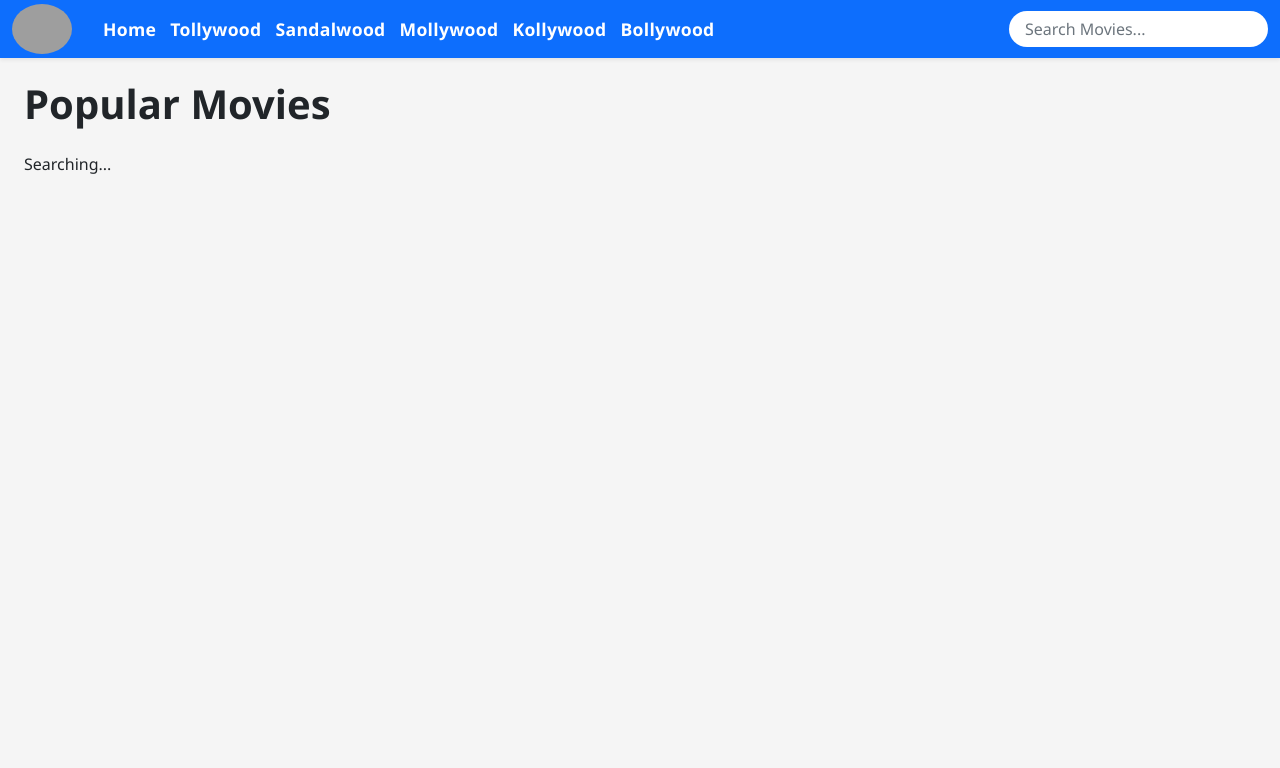
Repository: chandu7777158/Movies_spot
Page: /
An editor plug-in stored every save of this project. The page is shown before and after a run of saves, followed by the edit.
The browser window is 1280 px wide. The pictures show the whole page.
Pictures or frames that could not be fetched are drawn as grey boxes. The page's requests for data from a server got no answer. The project was rebuilt for these pictures with package versions that can differ from the ones it lists, and the page was loaded fresh each time. No one was signed in, and anything a server would have sent is missing. Also part of the build but not shown: vite.config.js, src/components/MovieCard.jsx.

Above is the page before, as saved 2026-01-28 11:08:30.

### index.html
<!doctype html>
<html lang="en">
  <head>
    <meta charset="UTF-8" />
    <link rel="icon" type="image/svg+xml" href="/vite.svg" />
    <meta name="viewport" content="width=device-width, initial-scale=1.0" />
    <title>movies_spot</title>
    <link rel="stylesheet" href="https://cdn.jsdelivr.net/npm/bootstrap-icons@1.11.0/font/bootstrap-icons.css">
    <link href="https://cdn.jsdelivr.net/npm/bootstrap@5.2.3/dist/css/bootstrap.min.css" rel="stylesheet" integrity="sha384-rbsA2VBKQhggwzxH7pPCaAqO46MgnOM80zW1RWuH61DGLwZJEdK2Kadq2F9CUG65" crossorigin="anonymous">

  </head>
  <body>
    <script src="https://cdn.jsdelivr.net/npm/bootstrap@5.2.3/dist/js/bootstrap.bundle.min.js" integrity="sha384-kenU1KFdBIe4zVF0s0G1M5b4hcpxyD9F7jL+jjXkk+Q2h455rYXK/7HAuoJl+0I4" crossorigin="anonymous"></script>
    <div id="root"></div>
    <script type="module" src="/src/main.jsx"></script>
  </body>
</html>

### src/index.css
/* Global Reset and Fix for Fixed Navbar */
body {
    background: whitesmoke;
    min-height: 100vh;
    margin: 0;
    /* This padding prevents content from hiding behind the navbar */

    font-family: 'Segoe UI', sans-serif;
}

/* Custom Highlight Effect for Nav Links */
.navbar-nav .nav-link {
    padding: 7px !important;
}

.nav-highlight {
    color: white !important;
    transition: all 0.3s ease;
}

.nav-highlight:hover {
    color:#f5e15d !important;

}

/* Make search bar look modern */
.form-control:focus {
    box-shadow: 0 0 10px rgba(255, 255, 255, 0.5);
    outline: none;
}

/* Fix for the Logo - making it prominent but low padding */
.nav-logo-img {
    width: 60px;
    height: 50px;
    object-fit: cover;
    margin: 0px 0;
}

/* Tighten up the Nav Links for a cleaner look */
.navbar-nav .nav-link {
    font-size: 1.1rem;
    letter-spacing: 0.3px;
    padding-top: 0.2rem;
    padding-bottom: 0.2rem;
}

/* Ensure the Mobile Toggler and Search Icon align perfectly */
.navbar-toggler:focus {
    box-shadow: none; /* Removes the ugly blue border on click */
}

/* Ensure posters look like real movie posters */
.movie-card img {
    /* Standard movie poster ratio is 2:3 */
    aspect-ratio: 2.3 / 3;
    max-width: 100%;
    border-radius: 8px 8px 8px 8px;
    transition: transform 0.3s ease;
}



.movie-card {
    box-shadow:  0 0 5px 5px  rgba(0, 0, 0, 0.04) !important;
    transition: box-shadow 0.3s ease;
    border-radius: 10px !important;
    cursor: pointer;
    padding-top: 2px;
}

.movie-card:hover {
    transform: scale(1.03);
    box-shadow:  0 0 5px 5px  rgba(0, 0, 0, 0.10) !important;
}

### src/App.jsx
import React from 'react';
import { BrowserRouter as Router, Routes, Route } from 'react-router-dom';
import Navbar from './components/Navbar';
import MoviePage from './pages/MoviePage';

function App() {
  return (
    <Router>
      <Navbar />
      <main className="mt-5 pt-4">
        <Routes>
          <Route path="/" element={<MoviePage category="popular" />} />
          <Route path="/tollywood" element={<MoviePage category="tollywood" />} />
          <Route path="/sandalwood" element={<MoviePage category="sandalwood" />} />
          <Route path="/mollywood" element={<MoviePage category="mollywood" />} />
          <Route path="/kollywood" element={<MoviePage category="kollywood" />} />
          <Route path="/bollywood" element={<MoviePage category="bollywood" />} />
          <Route path="/search/:query" element={<MoviePage category="search" />} />
        </Routes>
      </main>
    </Router>
  );
}

export default App;

### src/components/Navbar.jsx
import React, { useState } from 'react';
import { Link, useNavigate } from 'react-router-dom';

export default function Navbar() {
    const [searchTerm, setSearchTerm] = useState("");
    const navigate = useNavigate();

    const navItems = [
        { label: 'Home', path: '/' },
        { label: 'Tollywood', path: '/tollywood' },
        { label: 'Sandalwood', path: '/sandalwood' },
        { label: 'Mollywood', path: '/mollywood' },
        { label: 'Kollywood', path: '/kollywood' },
        { label: 'Bollywood', path: '/bollywood' },
    ];

    const handleSearch = (e) => {
        e.preventDefault();
        if (searchTerm.trim()) {
            navigate(`/search/${searchTerm}`);
            setSearchTerm(""); // Clear input after search
            // Close mobile menu if open
            const menu = document.getElementById('navbarNav');
            if (menu.classList.contains('show')) {
                menu.classList.remove('show');
            }
        }
    };

    return (
        <nav className="navbar navbar-expand-lg navbar-dark bg-primary shadow-sm fixed-top py-1">
            <div className="container-fluid d-flex align-items-center">
                <Link className="navbar-brand p-0" to="/">
                    <img
                        src="https://static.vecteezy.com/system/resources/previews/022/580/623/non_2x/movie-media-letter-logo-design-illustration-free-vector.jpg"
                        alt="Logo"
                        className="rounded-circle nav-logo-img"
                    />
                </Link>

                <div className="d-flex align-items-center ms-auto">
                    {/* Mobile Search Icon - Now triggers the toggle to show the search bar */}
                    <button
                        className="btn btn-link text-white d-lg-none p-2 me-1"
                        data-bs-toggle="collapse"
                        data-bs-target="#navbarNav"
                    >
                        <i className="bi bi-search fs-5"></i>
                    </button>
                    <button className="navbar-toggler border-0 p-2" data-bs-toggle="collapse" data-bs-target="#navbarNav">
                        <span className="navbar-toggler-icon"></span>
                    </button>
                </div>

                <div className="collapse navbar-collapse" id="navbarNav">
                    <ul className="navbar-nav ms-2 mb-2 mb-lg-0 text-center">
                        {navItems.map((item) => (
                            <li className="nav-item" key={item.label}>
                                <Link className="nav-link nav-highlight px-lg-3 fw-bold" to={item.path}>
                                    {item.label}
                                </Link>
                            </li>
                        ))}
                    </ul>

                    <div className="me-auto"></div>

                    {/* Unified Search Form (Visible in collapse on mobile, inline on desktop) */}
                    <form className="d-flex mt-2 mt-lg-0" onSubmit={handleSearch}>
                        <input
                            className="form-control rounded-pill border-0 ps-3"
                            type="search"
                            placeholder="Search Movies..."
                            value={searchTerm}
                            onChange={(e) => setSearchTerm(e.target.value)}
                        />
                    </form>
                </div>
            </div>
        </nav>
    );
}

### src/pages/MoviePage.jsx
import React, { useState, useEffect } from 'react';
import { useParams } from 'react-router-dom';
import { getMovies, searchMovies } from '../services/movieService';
import MovieCard from '../components/MovieCard';

const MoviePage = ({ category }) => {
    const [movies, setMovies] = useState([]);
    const [loading, setLoading] = useState(true);
    const { query } = useParams(); // Get search term from URL

    useEffect(() => {
        const loadMovies = async () => {
            setLoading(true);
            let data;
            if (category === 'search' && query) {
                data = await searchMovies(query);
            } else {
                data = await getMovies(category);
            }
            setMovies(data);
            setLoading(false);
        };
        loadMovies();
    }, [category, query]); // Re-run if category OR search query changes

    const displayTitle = category === 'search'
        ? `Results for "${query}"`
        : category === 'popular' ? 'Popular Movies' : `${category.charAt(0).toUpperCase() + category.slice(1)} Movies`;

    return (
        <div className="container-fluid px-4">
            <h1 className="mt-2 mb-4 fw-bold ">{displayTitle}</h1>
            <div className="row g-3">
                {loading ? (
                    <p>Searching...</p>
                ) : movies.length > 0 ? (
                    movies.map(movie => <MovieCard key={movie.id} movie={movie} />)
                ) : (
                    <div className="text-center mt-5">
                        <h3>No movies found for "{query}"</h3>
                    </div>
                )}
            </div>
        </div>
    );
};

export default MoviePage;

### src/services/movieService.js
const API_KEY = import.meta.env.VITE_TMDB_KEY;
const BASE_URL = 'https://api.themoviedb.org/3';

const languageCodes = {
    tollywood: 'te',
    bollywood: 'hi',
    kollywood: 'ta',
    mollywood: 'ml',
    sandalwood: 'kn'
};

export const getMovies = async (type) => {
    let url1 = "";
    let url2 = "";

    if (type === 'popular' || type === 'Home') {
        url1 = `${BASE_URL}/movie/popular?api_key=${API_KEY}&page=1`;
        url2 = `${BASE_URL}/movie/popular?api_key=${API_KEY}&page=2`;
    } else {
        const code = languageCodes[type.toLowerCase()];
        url1 = `${BASE_URL}/discover/movie?api_key=${API_KEY}&with_original_language=${code}&page=1`;
        url2 = `${BASE_URL}/discover/movie?api_key=${API_KEY}&with_original_language=${code}&page=2`;
    }

    const [res1, res2] = await Promise.all([fetch(url1), fetch(url2)]);
    const data1 = await res1.json();
    const data2 = await res2.json();

    return [...(data1.results || []), ...(data2.results || [])].slice(0,36);
};

export const searchMovies = async (query) => {
    const url = `${BASE_URL}/search/movie?api_key=${API_KEY}&query=${encodeURIComponent(query)}&page=1`;
    const response = await fetch(url);
    const data = await response.json();
    return data.results || [];
};

Loaded but not shown: src/main.jsx (common file)

After the next 5 saves:
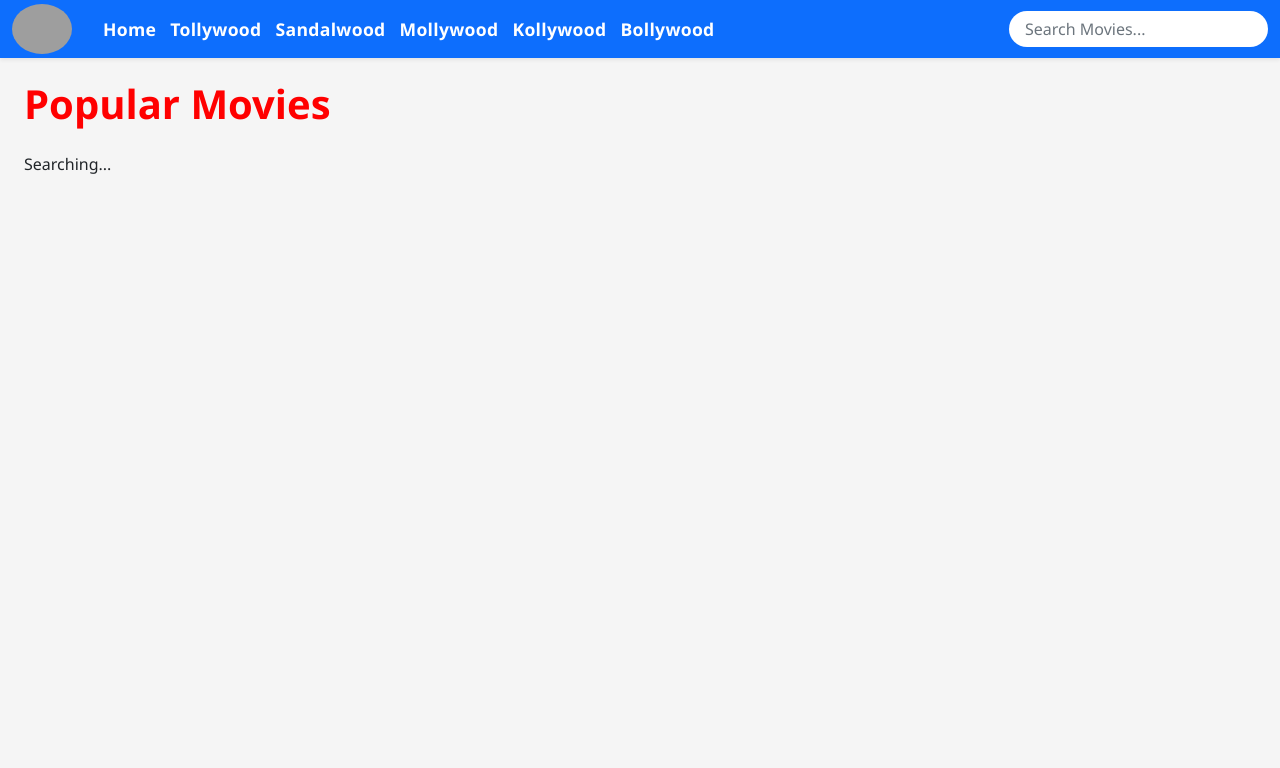
The 5 saves are shown as one change because they came seconds apart.
The last was saved 2 min 33 s later.
--- a/src/pages/MoviePage.jsx
+++ b/src/pages/MoviePage.jsx
@@ -29,7 +29,7 @@ const MoviePage = ({ category }) => {
 
     return (
         <div className="container-fluid px-4">
-            <h1 className="mt-2 mb-4 fw-bold ">{displayTitle}</h1>
+            <h1 className="mt-2 mb-4 fw-bold" style={{"color":"Red"}}>{displayTitle}</h1>
             <div className="row g-3">
                 {loading ? (
                     <p>Searching...</p>
